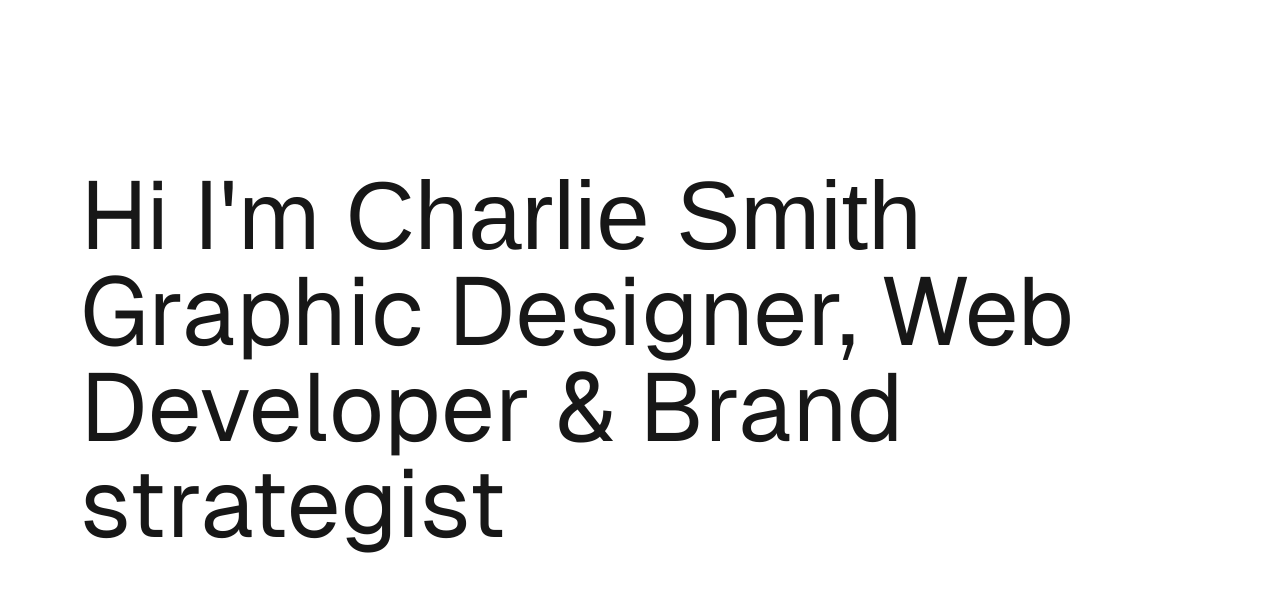
Repository: charlehs/portfolio
Page: /
An editor plug-in stored every save of this project. The page is shown before and after the next save, followed by the edit.
The browser window is 1280 px wide. The pictures show the whole page.
Some web fonts or font styles are not loaded; a fallback is used. The project was rebuilt for these pictures with package versions that can differ from the ones it lists, and the page was loaded fresh each time. The framework's server and built-in components were replaced by stand-ins that run in the browser. Also part of the build but not shown: next.config.ts.

Above is the page before, as saved 2025-01-02 16:40:14.

After the next save:
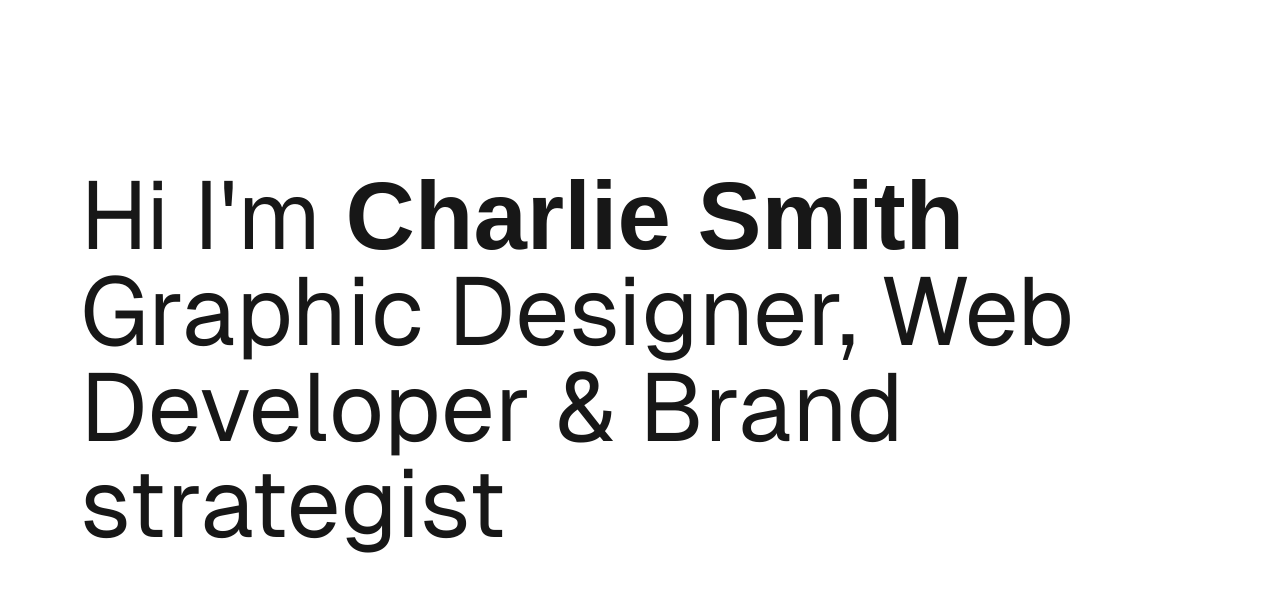
Saved 12 s later.
--- a/app/page.tsx
+++ b/app/page.tsx
@@ -5,7 +5,7 @@ export default function Home() {
     <div className="grid grid-rows-[20px_1fr_20px] items-center justify-items-center min-h-screen p-8 pb-20 gap-16 sm:p-20 font-[family-name:var(--font-geist-sans)]">
       <main className="flex flex-col gap-8 row-start-2 items-center sm:items-start">
         <p className=" text-8xl">
-          Hi I'm <span className="harmond-text bold">Charlie Smith</span>
+          Hi I'm <span className="extra-bold ">Charlie Smith</span>
           <br /> Graphic Designer, Web Developer & Brand strategist
         </p>
       </main>
